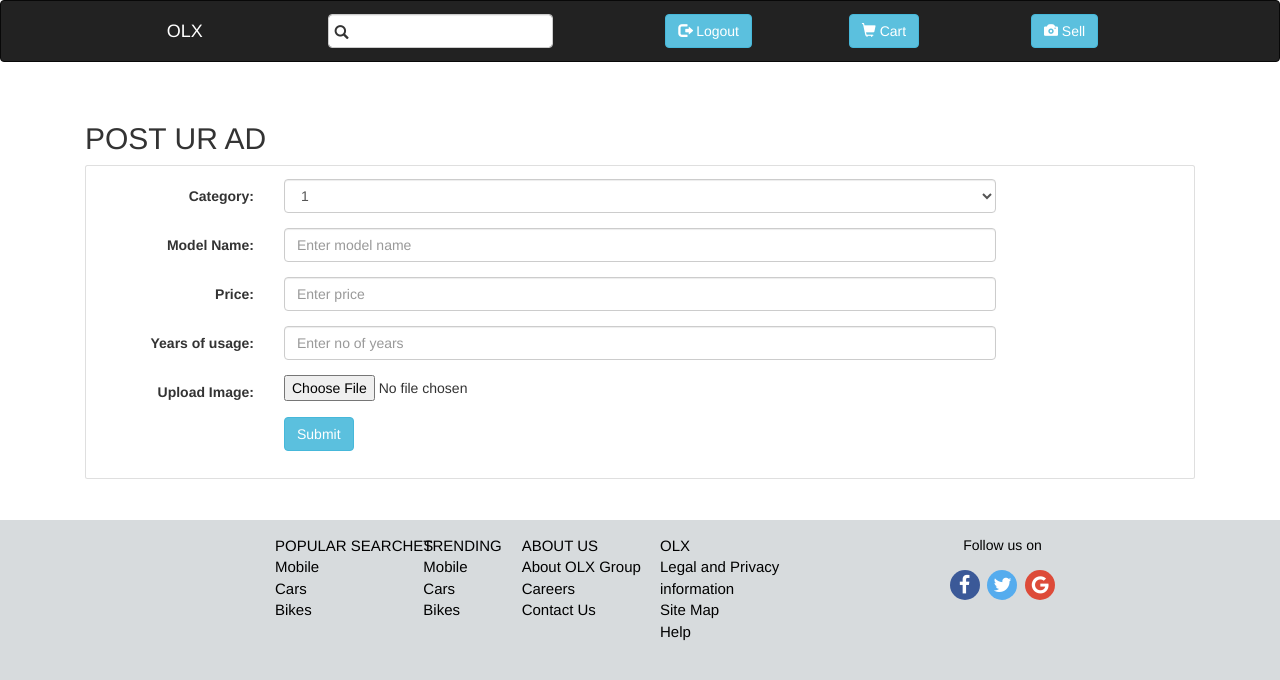
Repository: suganthisarathy/spring_hibernate
Page: http://localhost/olx_resale/WEB-INF/views/SellProduct.jsp
The author's editor kept a copy of each file at every save. The page is drawn from the files as they stood at one save, then again after the next save.
The browser window is 1280 px wide. The pictures show the whole page.
The page is served by Tomcat 9. Nobody is signed in. Other server files are loaded and not shown. The template is opened directly, without the code that normally fills it, so the values that code supplies are empty.

Above is the page before, as saved 2019-05-29 09:32:36.

### olx_resale/src/main/webapp/WEB-INF/views/SellProduct.jsp
<%@ page language="java" contentType="text/html; charset=ISO-8859-1"
    pageEncoding="ISO-8859-1"%>
<!DOCTYPE html PUBLIC "-//W3C//DTD HTML 4.01 Transitional//EN" "http://www.w3.org/TR/html4/loose.dtd">
<html>
<head>
<meta http-equiv="Content-Type" content="text/html; charset=ISO-8859-1">
<title>Insert title here</title>
<link rel="stylesheet" href="https://maxcdn.bootstrapcdn.com/bootstrap/4.3.1/css/bootstrap.min.css">
  <script src="https://ajax.googleapis.com/ajax/libs/jquery/3.4.0/jquery.min.js"></script>
  <script src="https://cdnjs.cloudflare.com/ajax/libs/popper.js/1.14.7/umd/popper.min.js"></script>
  <script src="https://maxcdn.bootstrapcdn.com/bootstrap/4.3.1/js/bootstrap.min.js"></script>

</head>
<body>
<jsp:include page="header.jsp"/>
<body>
 <br/>
<div class="container">
   <h2>POST UR AD</h2>
  <div class="card">
    <div class="card-body"><form class="form-horizontal" action="/action_page.php">
    <div class="form-group">
      <label class="control-label col-sm-2" for="email">Category:</label>
      <div class="col-sm-8">

      <select class="form-control" id="sel1" name="sellist1">
        <option>1</option>
        <option>2</option>
        <option>3</option>
        <option>4</option>
      </select>


      </div>
    </div>

    <div class="form-group">
      <label class="control-label col-sm-2" for="txt">Model Name:</label>
      <div class="col-sm-8">
        <input type="text" class="form-control" id="txt" placeholder="Enter model name" name="txt">
      </div>
    </div>
    <div class="form-group">
      <label class="control-label col-sm-2" for="txt">Price:</label>
      <div class="col-sm-8">
        <input type="text" class="form-control" id="txt" placeholder="Enter price" name="txt">
      </div>
    </div>
    <div class="form-group">
      <label class="control-label col-sm-2" for="txt">Years of usage:</label>
      <div class="col-sm-8">
        <input type="text" class="form-control" id="txt" placeholder="Enter no of years" name="txt">
      </div>
    </div>
     <div class="form-group">
      <label class="control-label col-sm-2" for="txt">Upload Image:</label>
      <div class="col-sm-8">
        <input type="file"   name="image" accept="image/*"/>
      </div>
    </div>
    <div class="form-group">
      <div class="col-sm-offset-2 col-sm-10">
        <button type="submit" class="btn btn-info">Submit</button>
      </div>
    </div>
  </form></div>
  </div>
</div>

</body>
</html>

<jsp:include page="footer.jsp"/>
</body>
</html>

### olx_resale/src/main/webapp/WEB-INF/views/header.jsp
<!DOCTYPE html>
<html lang="en">
<head>
<title>Bootstrap Example</title>
<meta charset="utf-8">
<meta name="viewport" content="width=device-width, initial-scale=1">
<link rel="stylesheet"
	href="https://maxcdn.bootstrapcdn.com/bootstrap/3.4.0/css/bootstrap.min.css">
<script
	src="https://ajax.googleapis.com/ajax/libs/jquery/3.4.0/jquery.min.js"></script>
<script
	src="https://maxcdn.bootstrapcdn.com/bootstrap/3.4.0/js/bootstrap.min.js"></script>
<style>
/* Remove the navbar's default margin-bottom and rounded borders */
.navbar {
	margin-bottom: 0;
	border-radius: 0;
}

/* Add a gray background color and some padding to the footer */
footer {
	background-color: #f2f2f2;
	padding: 25px;
}


.inner-addon {
	position: relative;
}

/* style icon */
.inner-addon .glyphicon {
	position: absolute;
	padding: 10px;
	pointer-events: none;
}

body {
	font-family: Arial, Helvetica, sans-serif;
}

* {
	box-sizing: border-box;
}



/* Add styles to the form container */
.form-container {
	max-width: 100%;
	padding: 10px;
	background-color: white;
}
/* Add some hover effects to buttons */
.form-container .btn:hover, .open-button:hover {
	opacity: 1;
}
/* align icon */
.left-addon .glyphicon {
	left: 0px;
}

.right-addon .glyphicon {
	right: 0px;
}

/* add padding  */
.left-addon input {
	padding-left: 30px;
}

.right-addon input {
	padding-right: 30px;
}



</style>
</head>
<body>
	<nav class="navbar navbar-inverse">
		<div class="container ">
			<div class="navbar-header">
				<a class="navbar-brand" href="#" style="color: white">OLX</a>
			</div>
			<ul class="navbar-form navbar-left">
				<div class="form-group">
					<div class="inner-addon left-addon">
						<i class="glyphicon glyphicon-search"></i> <label
							for="focusedInput"></label> <input type="text"
							class="form-control" />
					</div>
				</div>
			</ul>

			<ul class="navbar-form navbar-right">
                       <form action="/olx_resale/index">
              <button type="submit" class="btn btn-info">
              <span class="glyphicon glyphicon-log-out"></span> Logout</button> </form> </ul>
             <ul class="navbar-form navbar-right">
                <form> <button type="submit" class="btn btn-info">
                <span class="glyphicon glyphicon-shopping-cart"></span> Cart</button> </form></ul>
                <ul class="navbar-form navbar-right">
                 <form action="/olx_resale/sell"><button type="submit" class="btn btn-info">
                <span class="glyphicon glyphicon-camera"></span> Sell</button> </form></ul>


		</div>
	</nav>

</html>

### olx_resale/src/main/webapp/WEB-INF/views/footer.jsp

<%@ page language="java" contentType="text/html; charset=ISO-8859-1"
	pageEncoding="ISO-8859-1"%>
<!DOCTYPE html>
<html>
<head>

<meta charset="utf-8">
<meta name="viewport" content="width=device-width, initial-scale=1">
<link rel="stylesheet"
       href="https://maxcdn.bootstrapcdn.com/bootstrap/3.4.0/css/bootstrap.min.css">
<link rel="stylesheet"
       href="https://cdnjs.cloudflare.com/ajax/libs/font-awesome/4.7.0/css/font-awesome.min.css">
<script
       src="https://ajax.googleapis.com/ajax/libs/jquery/3.3.1/jquery.min.js"></script>
<script
       src="https://maxcdn.bootstrapcdn.com/bootstrap/3.4.0/js/bootstrap.min.js"></script>

<style>
#margin1 {
       margin: 15px;
       left: 260px;
}

#margin2 {
       margin: 15px;
       left: 160px;
}

#margin3 {
       margin: 15px;
       left: 10px;
}

#margin4 {
       margin: 15px;
       left: -100px;
}

#margin5 {
       margin: 15px;
       left: -100px;
}


.footer
{
  position: fixed;
   left: 0;
   bottom: 0;
   width: 100%;
   background-color:#D7DBDD;
       height: 200px;
       color: black;
       text-align: center;
}

.fa {
       padding: 5px;
       font-size: 20px;
       width: 30px;
       text-align: center;
       text-decoration: none;
       margin: 5px 2px;
       border-radius: 50%;
}

.fa:hover {
       opacity: 0.7;
}

.fa-facebook {
       background: #3B5998;
       color: white;
}

.fa-twitter {
       background: #55ACEE;
       color: white;
}

.fa-google {
       background: #dd4b39;
       color: white;
}

</style>

</head>
<body>
<div class="footer"   >
       <div class="row">
              <div class="col-sm-2 col-md-2 col-lg-2 col-xs-2" id="margin1"
                     style="text-align: left">
                     <p style="font-size: 15px;">
                           POPULAR SEARCHES<br> Mobile<br> Cars<br> Bikes
                     </p>
              </div>

              <div class="col-sm-2 col-md-2 col-lg-2 col-xs-2" id="margin2"
                     style="text-align: left">
                     <p style="font-size: 15px;">
                           TRENDING<br> Mobile<br> Cars<br> Bikes
                     </p>
              </div>

              <div class="col-sm-2 col-md-2 col-lg-2 col-xs-2" id="margin3"
                     style="text-align: left">
                     <p style="font-size: 15px;">
                           ABOUT US<br> About OLX Group<br> Careers<br> Contact Us
                     </p>
              </div>

              <div class="col-sm-2 col-md-2 col-lg-2 col-xs-2" id="margin4"
                     style="text-align: left">
                     <p style="font-size: 15px;">
                           OLX<br> Legal and Privacy information<br> Site Map<br>Help
                     </p>
              </div>
              <div class="col-sm-2 col-md-2 col-lg-2 col-xs-2" id="margin5">
                     <p>Follow us on</p>
                     <a href="#" class="fa fa-facebook"></a> <a href="#"
                           class="fa fa-twitter"></a> <a href="#" class="fa fa-google"></a>
              </div>
       </div>
</div>

</body>
</html>

After the next save:
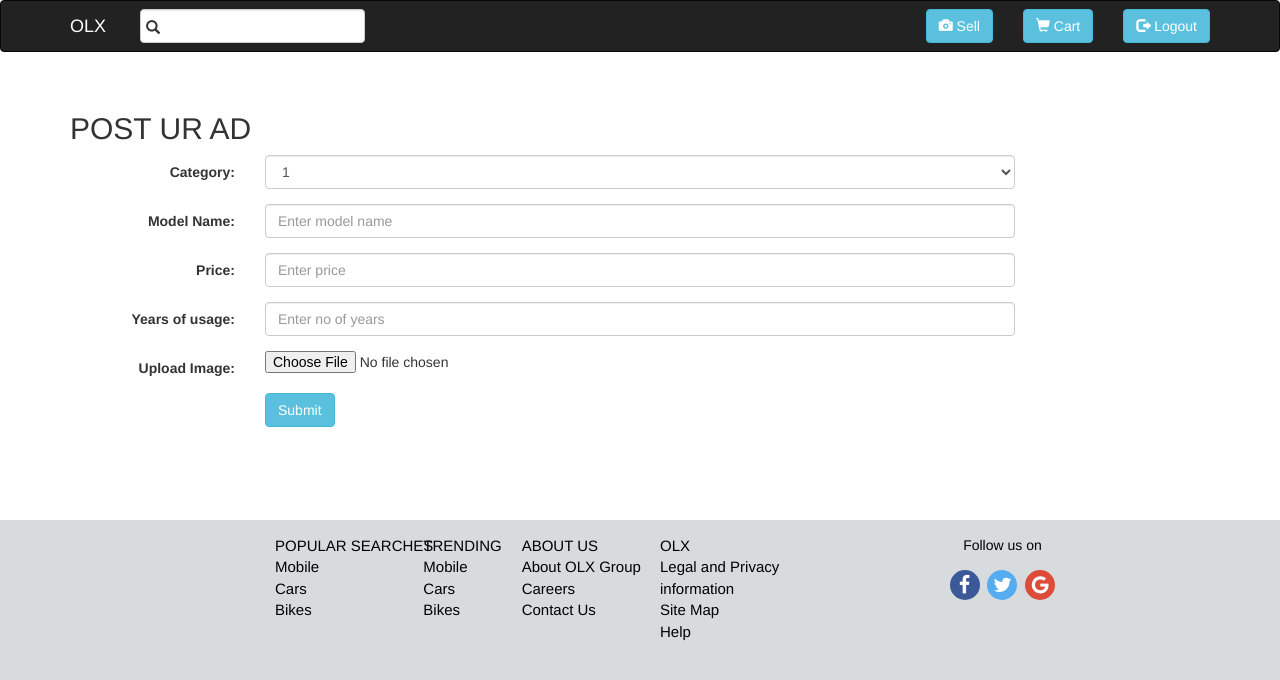
Saved 2 min 4 s later.
--- a/olx_resale/src/main/webapp/WEB-INF/views/SellProduct.jsp
+++ b/olx_resale/src/main/webapp/WEB-INF/views/SellProduct.jsp
@@ -3,13 +3,15 @@
 <!DOCTYPE html PUBLIC "-//W3C//DTD HTML 4.01 Transitional//EN" "http://www.w3.org/TR/html4/loose.dtd">
 <html>
 <head>
-<meta http-equiv="Content-Type" content="text/html; charset=ISO-8859-1">
-<title>Insert title here</title>
-<link rel="stylesheet" href="https://maxcdn.bootstrapcdn.com/bootstrap/4.3.1/css/bootstrap.min.css">
-  <script src="https://ajax.googleapis.com/ajax/libs/jquery/3.4.0/jquery.min.js"></script>
-  <script src="https://cdnjs.cloudflare.com/ajax/libs/popper.js/1.14.7/umd/popper.min.js"></script>
-  <script src="https://maxcdn.bootstrapcdn.com/bootstrap/4.3.1/js/bootstrap.min.js"></script>
-
+<title>Bootstrap Example</title>
+<meta charset="utf-8">
+<meta name="viewport" content="width=device-width, initial-scale=1">
+<link rel="stylesheet"
+	href="https://maxcdn.bootstrapcdn.com/bootstrap/3.4.0/css/bootstrap.min.css">
+<script
+	src="https://ajax.googleapis.com/ajax/libs/jquery/3.4.0/jquery.min.js"></script>
+<script
+	src="https://maxcdn.bootstrapcdn.com/bootstrap/3.4.0/js/bootstrap.min.js"></script>
 </head>
 <body>
 <jsp:include page="header.jsp"/>

After the save that followed:
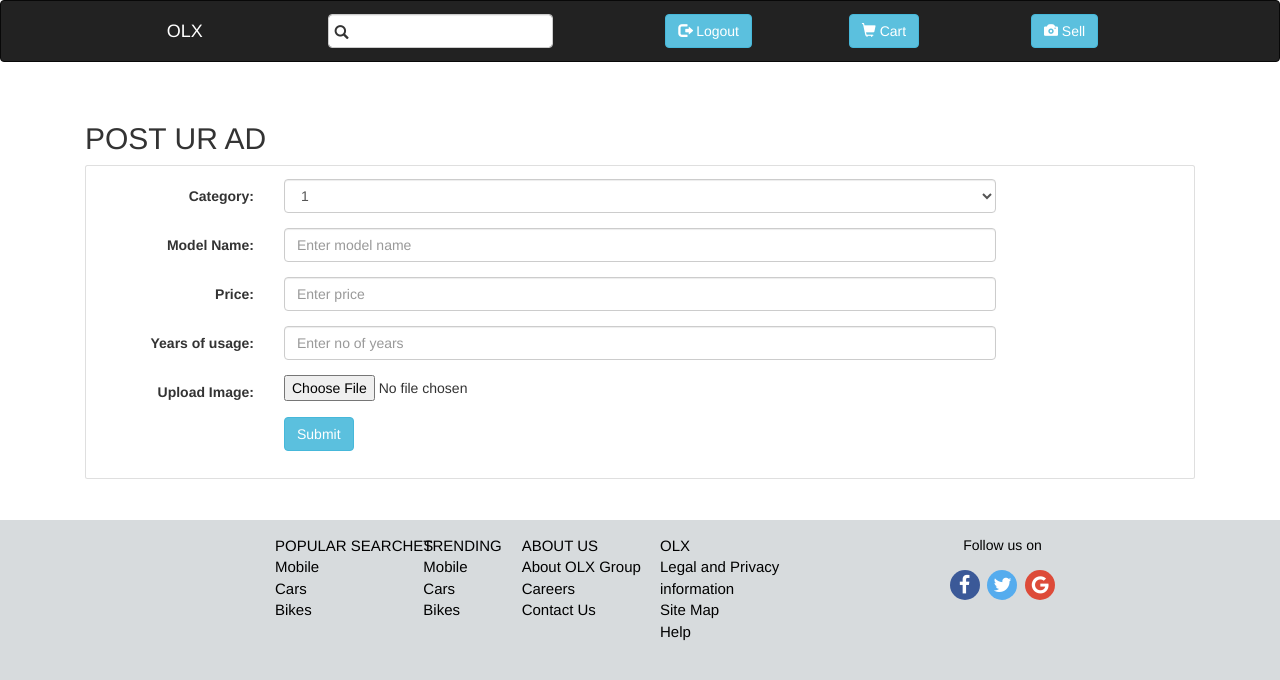
Console error: SyntaxError: Unexpected token '{'
Saved 2 min 31 s later.
--- a/olx_resale/src/main/webapp/WEB-INF/views/SellProduct.jsp
+++ b/olx_resale/src/main/webapp/WEB-INF/views/SellProduct.jsp
@@ -3,13 +3,18 @@
 <!DOCTYPE html PUBLIC "-//W3C//DTD HTML 4.01 Transitional//EN" "http://www.w3.org/TR/html4/loose.dtd">
 <html>
 <head>
-<title>Bootstrap Example</title>
+<meta http-equiv="Content-Type" content="text/html; charset=ISO-8859-1">
 <meta charset="utf-8">
 <meta name="viewport" content="width=device-width, initial-scale=1">
-<link rel="stylesheet"
-	href="https://maxcdn.bootstrapcdn.com/bootstrap/3.4.0/css/bootstrap.min.css">
-<script
-	src="https://ajax.googleapis.com/ajax/libs/jquery/3.4.0/jquery.min.js"></script>
+<title>Insert title here</title>
+<link rel="stylesheet" href="https://maxcdn.bootstrapcdn.com/bootstrap/4.3.1/css/bootstrap.min.css">
+  <script src="https://ajax.googleapis.com/ajax/libs/jquery/3.4.0/jquery.min.js"></script>
+  <script src="https://cdnjs.cloudflare.com/ajax/libs/popper.js/1.14.7/umd/popper.min.js"></script>
+  <script src="https://maxcdn.bootstrapcdn.com/bootstrap/4.3.1/js/bootstrap.min.js"></script>
+
+
+	<script src="https://maxcdn.bootstrapcdn.com/bootstrap/3.4.0/css/bootstrap.min.css"></script>
+
 <script
 	src="https://maxcdn.bootstrapcdn.com/bootstrap/3.4.0/js/bootstrap.min.js"></script>
 </head>
